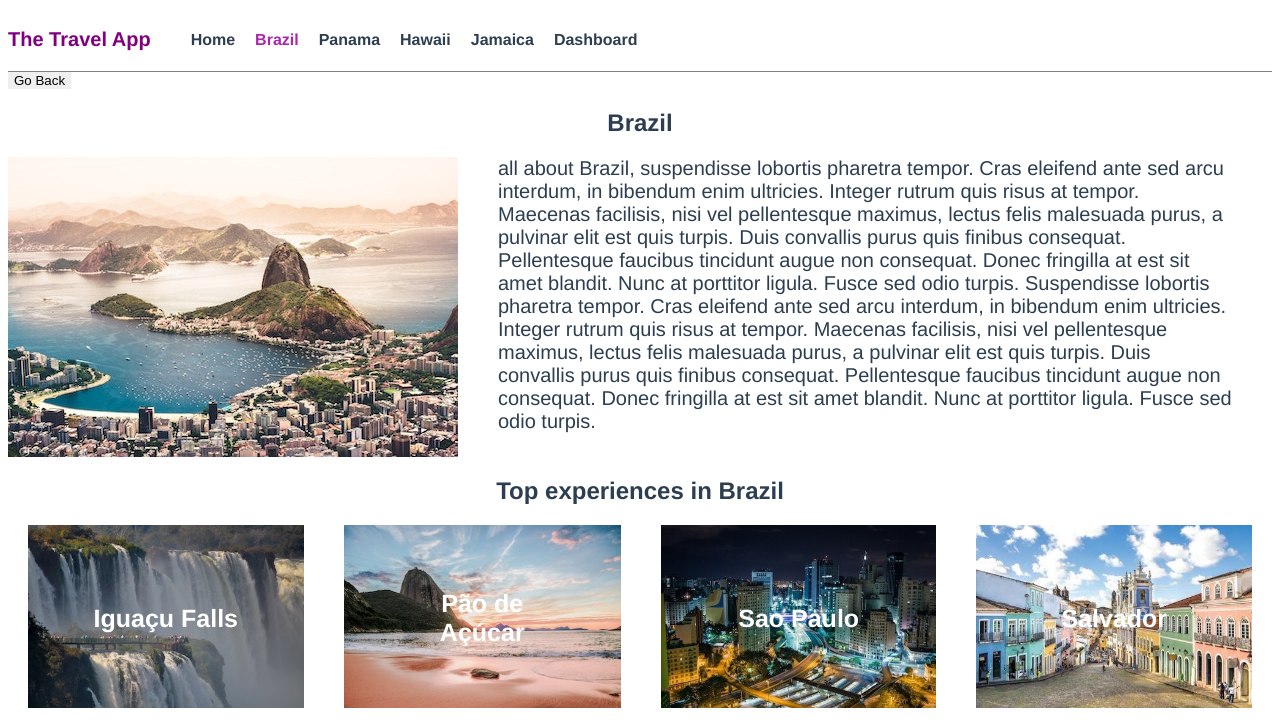
Repository: June-Hall/MiniTravelApp
Page: /destination/brazil
An editor plug-in stored every save of this project. The page is shown before and after the next save, followed by the edit.
The browser window is 1280 px wide. The pictures show the whole page.
The project was rebuilt for these pictures with package versions that can differ from the ones it lists, and the page was loaded fresh each time. Also part of the build but not shown: vue.config.js, src/views/HomeView.vue.

Above is the page before, as saved 2023-03-30 19:32:21.

### src/App.vue
<template>
  <nav>
    <TheNavigation />
  </nav>
  <transition name="fade" mode="out-in">
    <router-view :key="$route.params.slug" />
  </transition>
</template>

<script>
import TheNavigation from "./components/TheNavigation.vue";

export default {
  components: {
    TheNavigation,
  },
};
</script>

<style>
#app {
  font-family: Avenir, Helvetica, Arial, sans-serif;
  -webkit-font-smoothing: antialiased;
  -moz-osx-font-smoothing: grayscale;
  text-align: center;
  color: #2c3e50;
}

.slide-enter-active,
.slide-leave-active {
  transition: opacity 1s, transform 1s;
}
.slide-enter,
.slide-leave-to {
  opacity: 0;
  transform: translateX(-30%);
}
.moveUp-enter-active {
  animation: fadeIn 1s ease-in;
}
@keyframes fadeIn {
  0% {
    opacity: 0;
  }
  50% {
    opacity: 0.5;
  }
  100% {
    opacity: 1;
  }
}
.moveUp-leave-active {
  animation: moveUp 0.3s ease-in;
}
@keyframes moveUp {
  0% {
    transform: translateY(0);
  }
  100% {
    transform: translateY(-400px);
  }
}
.fade-enter-active,
.fade-leave-active {
  transition: opacity 0.3s;
}
.fade-enter,
.fade-leave-to {
  opacity: 0;
}
.input {
  border: 1px solid green;
  padding: 10px;
  margin-bottom: 20px;
}
.btn {
  background-color: green;
  color: white;
  padding: 10px;
}
</style>

### src/router/index.js
import { createRouter, createWebHistory } from "vue-router";
import HomeView from "../views/HomeView.vue";
import store from "@/store.js";

const routes = [
  {
    path: "/",
    name: "home",
    component: HomeView,
    props: true,
  },
  {
    path: "/destination/:slug",
    name: "DestinationDetails",
    component: () =>
      import(
        /* webpackChunkName: "DestinationDetails" */ "../views/DestinationDetails.vue"
      ),
    props: true,
    children: [
      {
        path: ":experienceSlug",
        name: "experienceDetails",
        props: true,
        component: () =>
          import(
            /* webpackChunkName: "ExperienceDetails" */ "../views/ExperienceDetails.vue"
          ),
      },
    ],
    beforeEnter: (to, from, next) => {
      const exists = store.destinations.find(
        (destination) => destination.slug == to.params.slug
      );
      if (exists) {
        next();
      } else {
        next({ name: "notFound" });
      }
    },
  },
  // {
  //   path: "/404",
  //   alias: "*",
  //   name: "notFound",
  //   component: () =>
  //     import(/* webpackChunkName: "NotFound" */ "../views/NotFound.vue"),
  // },
  {
    path: "/:catchAll(.*)*",
    name: "notFound",
    component: () =>
      import(/* webpackChunkName: "NotFound" */ "../views/NotFound.vue"),
  },
];

const router = createRouter({
  history: createWebHistory(),
  routes,
});

export default router;

### src/components/TheNavigation.vue
<template>
  <nav id="nav">
    <p class="logo">The Travel App</p>
    <ul class="nav-links">
      <li class="links">
        <router-link to="/"> Home </router-link>
      </li>
      <li
        v-for="destination in destinations"
        :key="destination.name"
        class="links"
      >
        <router-link
          :to="{
            name: 'DestinationDetails',
            params: { slug: destination.slug },
          }"
        >
          {{ destination.name }}</router-link
        >
      </li>
      <li class="links">
        <router-link to="/user">Dashboard</router-link>
      </li>
    </ul>
  </nav>
</template>

<script>
import store from "@/store.js";
export default {
  data() {
    return {
      destinations: store.destinations,
    };
  },
};
</script>

<style scoped>
#nav {
  display: flex;
  align-items: center;
  position: sticky;
  top: 0;
  background-color: white;
  border-bottom: 1px solid grey;
  z-index: 1;
}

#nav a {
  color: #2c3e50;
  text-decoration: none;
  font-weight: bold;
}

#nav a.router-link-exact-active {
  color: #ab26ab;
}

.nav-links {
  display: flex;
}
.links {
  padding-right: 20px;
  list-style: none;
}

.links:hover {
  text-decoration: underline;
}

.logo {
  font-size: 20px;
  color: purple;
  font-weight: bold;
}
</style>

### src/views/DestinationDetails.vue
<template>
  <div>
    <GoBack />
    <section class="destinations">
      <h1>{{ destination.name }}</h1>
      <div class="destination-details">
        <img
          :src="require(`@/assets/${destination.image}`)"
          :alt="destination.name"
        />
        <p>{{ destination.description }}</p>
      </div>
    </section>
    <section class="experiences">
      <h2>Top experiences in {{ destination.name }}</h2>
      <div class="cards" id="experience">
        <div
          v-for="experience in destination.experiences"
          :key="experience.slug"
          class="card"
        >
          <router-link
            :to="{
              name: 'experienceDetails',
              params: { experienceSlug: experience.slug },
              hash: '#experience',
            }"
          >
            <img
              :src="require(`@/assets/${experience.image}`)"
              :alt="experience.name"
            />
            <span class="card__text">
              {{ experience.name }}
            </span>
          </router-link>
        </div>
      </div>
      <router-view :key="$route.path" />
    </section>
  </div>
</template>

<script>
import store from "@/store.js";
import GoBack from "@/components/GoBack.vue";
export default {
  data() {
    return {};
  },
  props: {
    slug: {
      type: String,
      required: true,
    },
  },
  computed: {
    destination() {
      return store.destinations.find(
        (destination) => destination.slug == this.slug
      );
    },
  },
  components: {
    GoBack,
  },
};
</script>

<style scoped>
img {
  max-width: 600px;
  height: auto;
  width: 100%;
  max-height: 400px;
}

.destination-details {
  display: flex;
  justify-content: space-between;
}

p {
  margin: 0 40px;
  font-size: 20px;
  text-align: left;
}

.cards {
  display: flex;
}

.cards img {
  max-height: 400px;
}
.card {
  padding: 0 20px;
  position: relative;
}

.card__text {
  position: absolute;
  top: 50%;
  left: 50%;
  transform: translate(-50%, -50%);
  color: white;
  font-size: 25px;
  font-weight: bold;
  text-decoration: none;
}
</style>

### src/components/GoBack.vue
<template>
  <span class="go-back">
    <button @click="goBack">Go Back</button>
  </span>
</template>

<script>
export default {
  methods: {
    goBack() {
      return this.$router.go(-1);
    },
  },
};
</script>

<style scoped>
.go-back {
  display: flex;
  cursor: pointer;
}
button {
  border: 0;
}
</style>

Loaded but not shown: public/index.html (common file); src/main.js (common file); src/store.js (156 lines, source omitted)

After the next save:
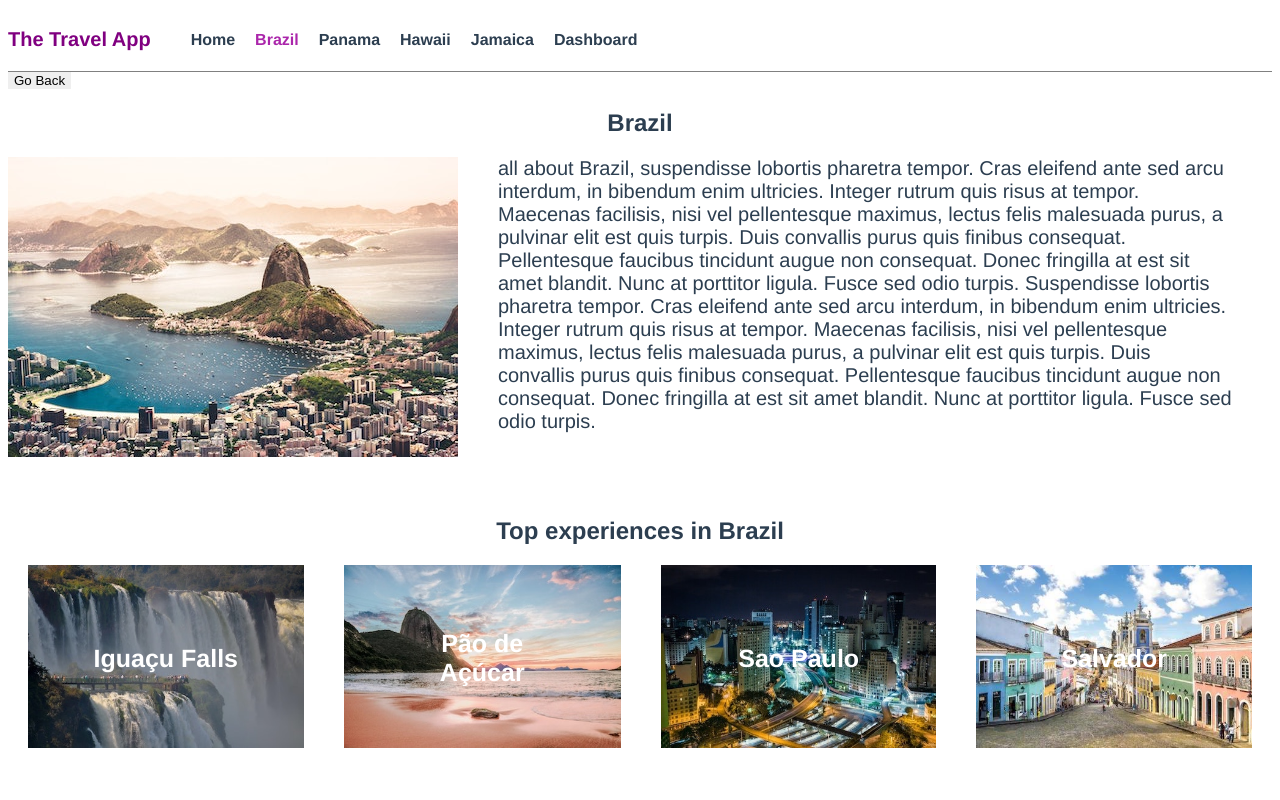
Saved 54 s later.
--- a/src/views/DestinationDetails.vue
+++ b/src/views/DestinationDetails.vue
@@ -75,6 +75,9 @@ img {
   max-height: 400px;
 }
 
+.experiences {
+  padding: 40px 0;
+}
 .destination-details {
   display: flex;
   justify-content: space-between;
